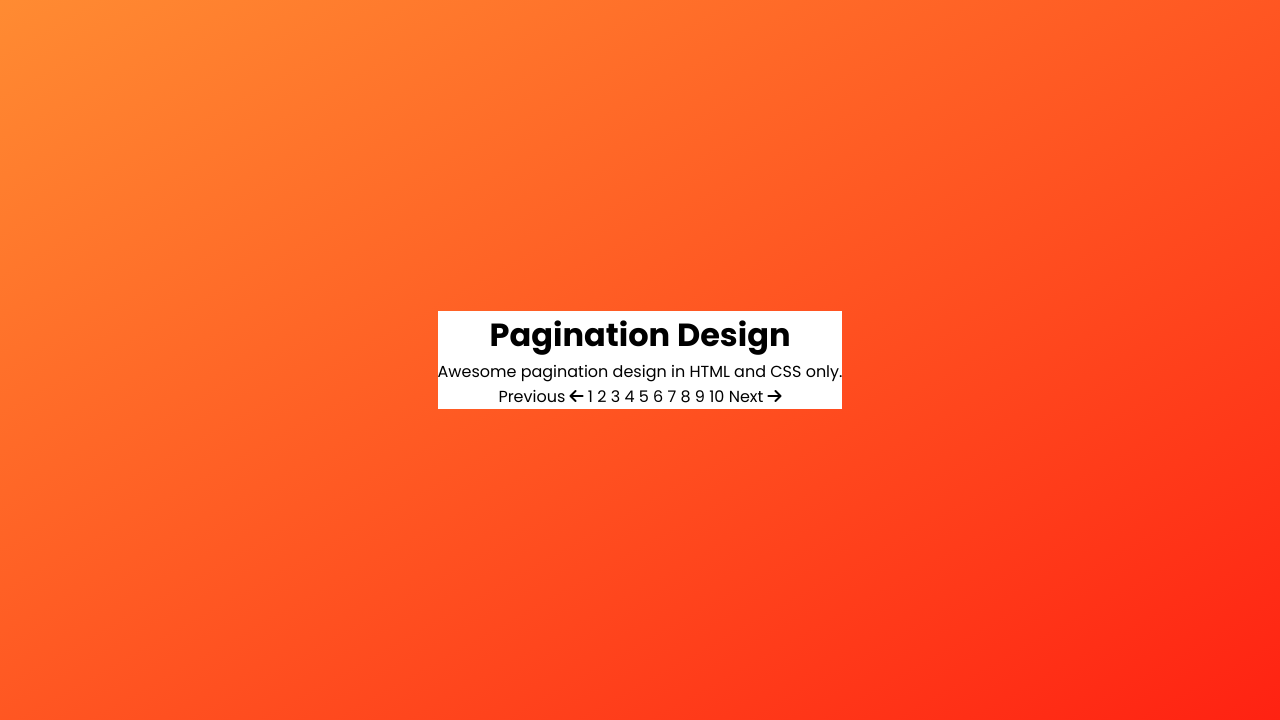
Repository: Ankitkr2021/Awesome-Pagination
Page: index.html
These files come from the project's save history. The page is drawn as it stood at one moment and after the next save; the edit follows.
The browser window is 1280 px wide. The pictures show the whole page.

Above is the page before, as saved 2025-10-02 08:56:58.

### index.html
<!DOCTYPE html>
<html lang="en">
<head>
    <meta charset="UTF-8">
    <meta name="viewport" content="width=device-width, initial-scale=1.0">
    <title>Document</title>
    <link rel="stylesheet" href="https://cdnjs.cloudflare.com/ajax/libs/font-awesome/6.5.0/css/all.min.css">
    <link rel="stylesheet" href="./style.css">
</head>
<body>
    <div class="page">
        <h1>Pagination Design</h1>
        <p>Awesome pagination design in HTML and CSS only.</p>
        <div class="box">
            Previous <i class="fas fa-arrow-left"></i>
            1
            2
            3
            4
            5
            6
            7
            8
            9
            10
            Next <i class="fas fa-arrow-right"></i>
        </div>
    </div>
</body>
</html>

### style.css
@import url("https://fonts.googleapis.com/css2?family=Poppins:wght@300;400;500;600;700&display=swap");

*{
    margin: 0;
    padding: 0;
    box-sizing: border-box;
    font-family: "Poppins",sans-serif;
}

body{
    display: flex;
   justify-content: center;
   align-items: center;
    height: 100vh;
    width: 100%;
    background: linear-gradient(to bottom right, rgb(255, 139, 50), rgb(255, 34, 18));
}

.page{
   display: flex;
   justify-content: center;
   align-items: center;
   flex-direction: column;
   background: #fff;
}

After the next save:
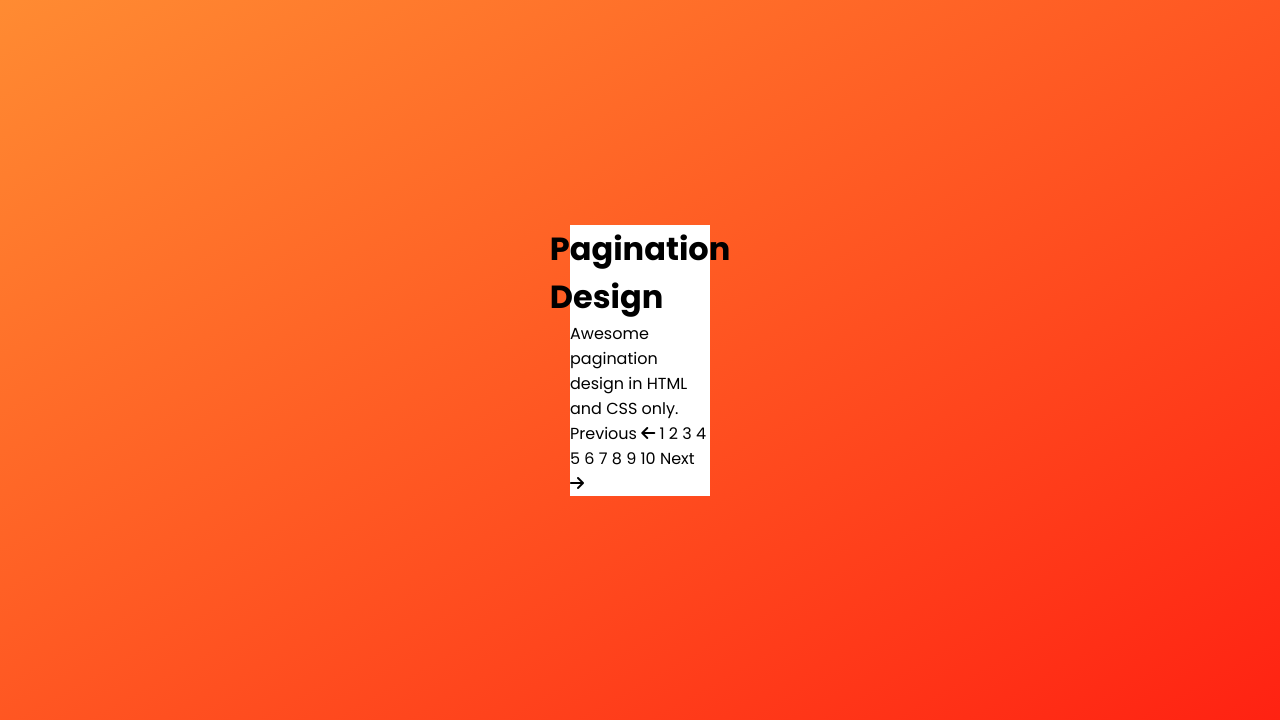
Saved 14 s later.
--- a/style.css
+++ b/style.css
@@ -22,4 +22,5 @@ body{
    align-items: center;
    flex-direction: column;
    background: #fff;
+   width: 140px;
 }
